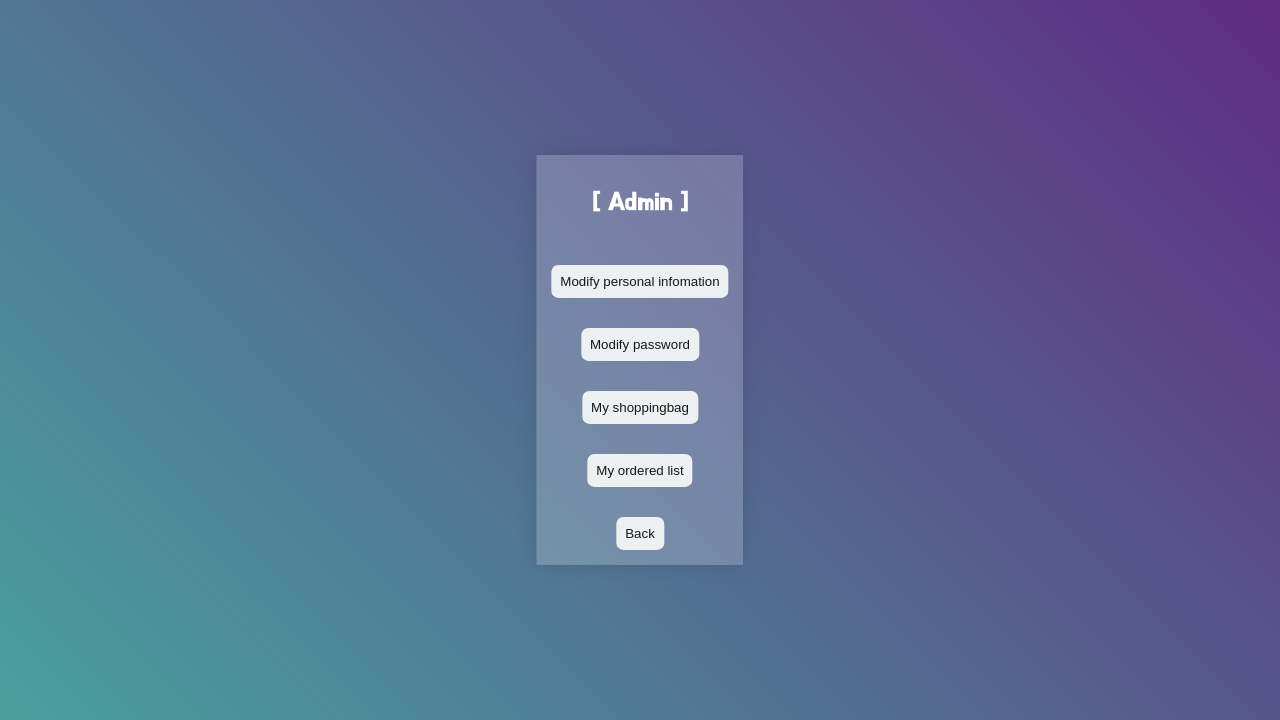
Repository: MIR013/KNU_DB_Project_Team5
Page: dbphase/Databaase/WebContent/admin_page.html
An editor plug-in stored every save of this project. The page is shown before and after the next save, followed by the edit.
The browser window is 1280 px wide. The pictures show the whole page.

Above is the page before, as saved 2018-11-22 11:43:10.

After the next save:
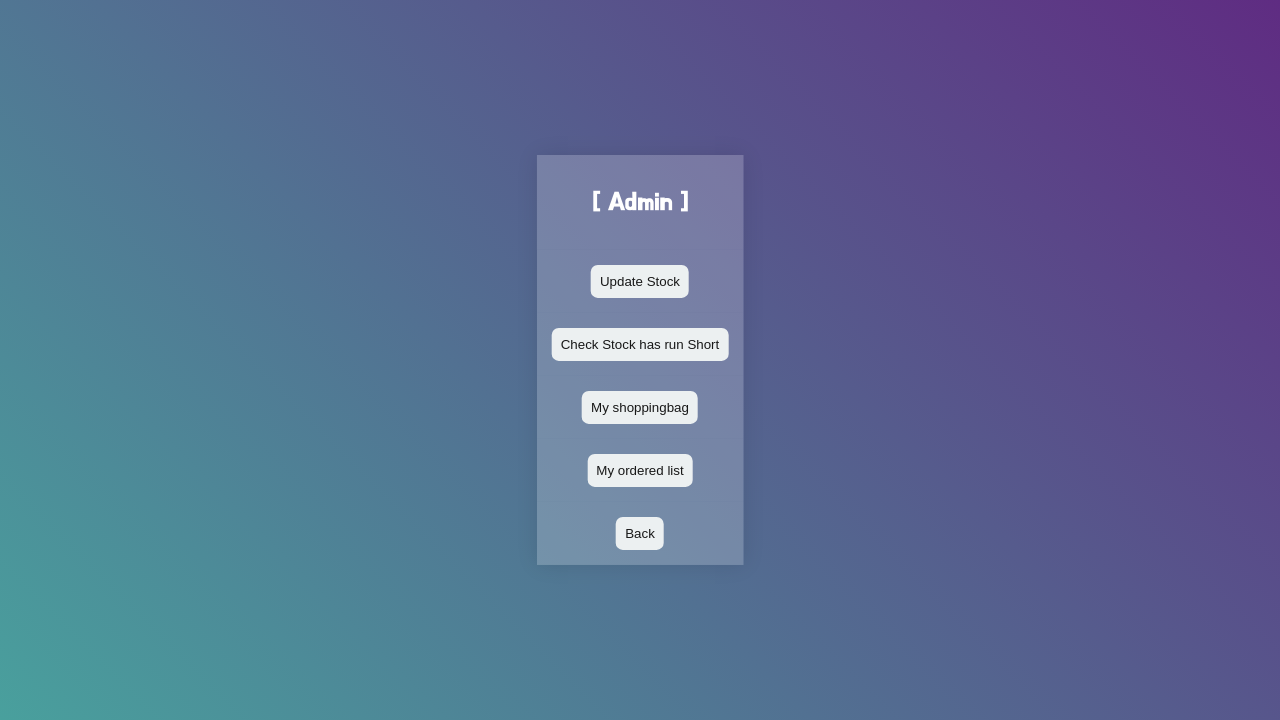
Saved 110 s later.
--- a/dbphase/Databaase/WebContent/admin_page.html
+++ b/dbphase/Databaase/WebContent/admin_page.html
@@ -14,10 +14,10 @@
 		<th><h2> [ Admin ] </h2></th>
 	</tr>
 	<tr><td>
-	<input type="button" value="Modify personal infomation" onclick="location.href='my_page_personal.html'"/>
+	<input type="button" value="Update Stock" onclick="location.href='my_page_personal.html'"/>
 	</td></tr>
 	<tr><td>
-	<input type="button" value="Modify password" onclick="location.href='my_page_passwd.html'"/>
+	<input type="button" value="Check Stock has run Short" onclick="location.href='my_page_passwd.html'"/>
 	</td></tr>
 	<tr><td>
 	<input type="button" value="My shoppingbag" onclick="location.href='my_page_shoppingbag.html'"/>
